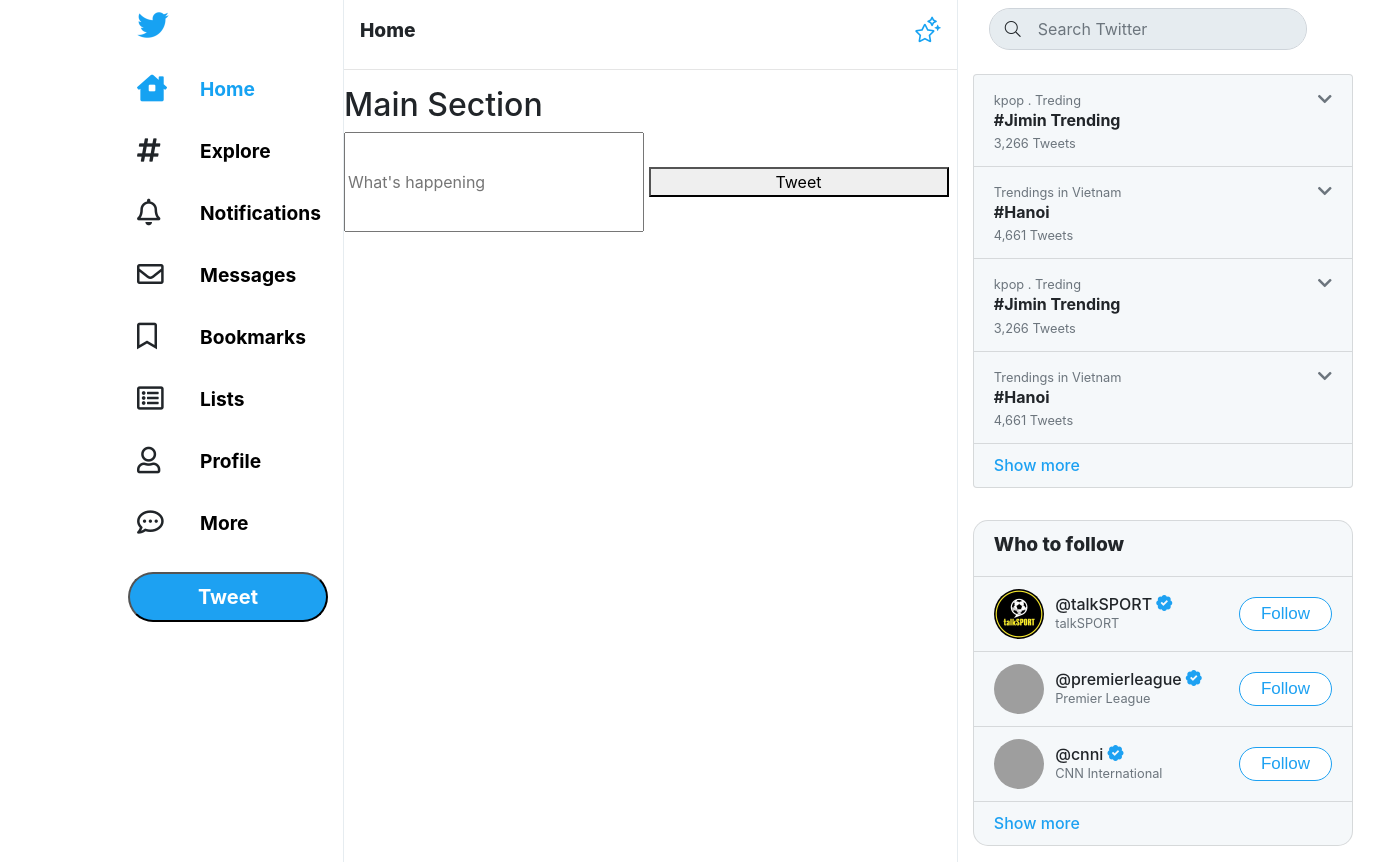
Repository: tts2610/Twitter-clone
Page: index.html
These files come from the project's save history. The page is drawn as it stood at one moment and after the next save; the edit follows.
The browser window is 1280 px wide. The page is 1353 px wide, then 1374 px, so the pictures cover 1374 px, including what lies to the right of the window. The pictures show the whole page.
Pictures or frames that could not be fetched are drawn as grey boxes.

Above is the page before, as saved 2020-05-23 15:33:44.

### index.html
<!DOCTYPE html>
<html lang="en">

<head>
    <meta charset="UTF-8">
    <!-- <meta name="viewport" content="width=device-width, initial-scale=1.0"> -->
    <title>Document</title>
    <link rel="stylesheet" href="css/style.css">
    <!-- Latest compiled and minified CSS -->
    <link rel="stylesheet" href="https://maxcdn.bootstrapcdn.com/bootstrap/4.5.0/css/bootstrap.min.css">

    <!-- jQuery library -->
    <script src="https://ajax.googleapis.com/ajax/libs/jquery/3.5.1/jquery.min.js"></script>

    <!-- Popper JS -->
    <script src="https://cdnjs.cloudflare.com/ajax/libs/popper.js/1.16.0/umd/popper.min.js"></script>

    <!-- Latest compiled JavaScript -->
    <script src="https://maxcdn.bootstrapcdn.com/bootstrap/4.5.0/js/bootstrap.min.js"></script>

    <!-- <link rel="stylesheet" crossorigin="anonymous" href="https://use.fontawesome.com/releases/v5.6.3/css/all.css" integrity="sha384-UHRtZLI+pbxtHCWp1t77Bi1L4ZtiqrqD80Kn4Z8NTSRyMA2Fd33n5dQ8lWUE00s/" /> -->
    <link rel="stylesheet" href="css/all.css">

</head>


<body>
    <div class="container">
        <div class="row">
            <div class="col-3">
                <div class="row">
                    <div class="col"><img src="/img/twt-logo1.png" alt="twitter-logo" width="50" height="50"></div>
                </div>
                <div class="row my-3">
                    <div id="outerMenuContainer" style="color: #16a2f2;">
                        <div class="col-2 mr-4 py-2 px-4" style="font-size: 20px;"><i class="fas fa-house fa-lg"></i></div>
                        <div class="col-10 py-2" style="margin-right: 0px;padding-right: 0px;font-weight: 700;font-size: larger;"> <a href="#Home" style="color: #16a2f2;">Home</a></div>
                    </div>

                </div>
                <div class="row my-3">
                    <div id="outerMenuContainer">
                        <div class="col-2 mr-4 py-2 px-4" style="font-size: 20px;"><i class="fas fa-hashtag fa-lg"></i></div>
                        <div class="col-10" style="margin-right: 0px;padding-right: 0px;font-weight: 700;font-size: larger;"><a href="#services">Explore</a></div>

                    </div>
                </div>
                <div class="row my-3">
                    <div id="outerMenuContainer">
                        <div class="col-2 mr-4 py-2 px-4" style="font-size: 20px;"><i class="far fa-bell fa-lg"></i></div>
                        <div class="col-10" style="margin-right: 0px;padding-right: 0px;font-weight: 700;font-size: larger;"><a href="#clients">Notifications</a></div>

                    </div>
                </div>
                <div class="row my-3">
                    <div id="outerMenuContainer">
                        <div class="col-2 mr-4 py-2 px-4" style="font-size: 20px;"><i class="far fa-envelope fa-lg"></i></div>
                        <div class="col-10" style="margin-right: 0px;padding-right: 0px;font-weight: 700;font-size: larger;"><a href="#contact">Messages</a></div>
                    </div>
                </div>
                <div class="row my-3">
                    <div id="outerMenuContainer">
                        <div class="col-2 mr-4 py-2 px-4" style="font-size: 20px;"><i class="far fa-bookmark fa-lg"></i></div>
                        <div class="col-10" style="margin-right: 0px;padding-right: 0px;font-weight: 700;font-size: larger;"><a href="#clients">Bookmarks</a></div>
                    </div>
                </div>
                <div class="row my-3">
                    <div id="outerMenuContainer">
                        <div class="col-2 mr-4 py-2 px-4" style="font-size: 20px;"><i class="far fa-list-alt fa-lg"></i></div>
                        <div class="col-10" style="margin-right: 0px;padding-right: 0px;font-weight: 700;font-size: larger;"><a href="#contact">Lists</a></div>
                    </div>
                </div>
                <div class="row my-3">
                    <div id="outerMenuContainer">
                        <div class="col-2 mr-4 py-2 px-4" style="font-size: 20px;"><i class="far fa-user fa-lg"></i></div>
                        <div class="col-10" style="margin-right: 0px;padding-right: 0px;font-weight: 700;font-size: larger;"><a href="#clients">Profile</a></div>
                    </div>
                </div>
                <div class="row my-3">
                    <div id="outerMenuContainer">
                        <div class="col-2 mr-4 py-2 px-4" style="font-size: 20px;"><i class="far fa-comment-dots fa-lg"></i></div>
                        <div class="col-10" style="margin-right: 0px;padding-right: 0px;font-weight: 700;font-size: larger;"><a href="#contact">More</a></div>
                    </div>
                </div>
                <div class="row my-3">
                    <div class="col"><button class="tweetbtn" href="#">Tweet</button></div>
                </div>
            </div>

            <div class="col-7" style="border-right: #e6ecf0 solid 1px; border-left: #e6ecf0 solid 1px; padding-left: 0px; padding-right: 0px;">
                <nav class="navbar sticky-top navbar-light my-2" id="leftNav">
                    <span>Home</span>
                    <span style="color: #16a2f2;"><i class="fal fa-stars fa-lg"></i></span>
                </nav>
                <hr/>
                <div>
                    <h2>Main Section</h2>
                    <input type="text" id="tweetArea" placeholder="What's happening">
                    <button id="tweetBtn" onclick="post()">Tweet</button>
                    <span id="remain"></span>
                    <div id="content" class="mt-5">
                    </div>



                </div>
            </div>

            <div class="col-1">
                <nav class="navbar sticky-top navbar-light" id="rightNav">
                    <span style="position: absolute;z-index: 100;"><i class="fal fa-search ml-3"></i></span>
                    <div><input class="form-control mr-sm-2 pl-5" type="search" placeholder="Search Twitter" aria-label="Search" id="search"></div>
                </nav>
                <div id="trendings" class="py-3">
                    <ul class="list-group mb-3">
                        <!-- <li class="list-group-item d-flex justify-content-between lh-condensed header" style="border-radius: 15px 15px 0px 0px;" id="trendingHeader">
                            <div>
                                <div class="trends-header">Trends for you</div>
                            </div>
                            <span class="text-muted"><i class="fal fa-cog" style="COLOR: rgba(29,161,242,1.00); font-size: larger;"></i></span>
                        </li> -->
                        <li class="list-group-item d-flex justify-content-between lh-condensed content" id="trending1">
                            <div>
                                <small class="text-muted">Trendings in Vietnam</small>
                                <h6 class="my-0 hashtag">#Hanoi</h6>
                                <small class="text-muted">4,661 Tweets</small>
                            </div>
                            <span class="text-muted"><i class="fas fa-chevron-down"></i></span>
                        </li>
                        <li class="list-group-item d-flex justify-content-between lh-condensed content" id="trending2">
                            <div>
                                <small class="text-muted">kpop . Treding</small>
                                <h6 class="my-0 hashtag">#Jimin Trending</h6>
                                <small class="text-muted">3,266 Tweets</small>
                            </div>
                            <span class="text-muted"><i class="fas fa-chevron-down"></i></span>
                        </li>
                        <li class="list-group-item d-flex justify-content-between lh-condensed content" id="trending3">
                            <div>
                                <small class="text-muted">Trendings in Vietnam</small>
                                <h6 class="my-0 hashtag">#Hanoi</h6>
                                <small class="text-muted">4,661 Tweets</small>
                            </div>
                            <span class="text-muted"><i class="fas fa-chevron-down"></i></span>
                        </li>
                        <li class="list-group-item d-flex justify-content-between lh-condensed content" id="trending4">
                            <div>
                                <small class="text-muted">kpop . Treding</small>
                                <h6 class="my-0 hashtag">#Jimin Trending</h6>
                                <small class="text-muted">3,266 Tweets</small>
                            </div>
                            <span class="text-muted"><i class="fas fa-chevron-down"></i></span>
                        </li>
                        <li class="list-group-item d-flex justify-content-between lh-condensed content" style="border-radius: 0px 0px 15px 15px">
                            <div>
                                <h6 class="my-0"><a href="#" style="COLOR: rgba(29,161,242,1.00); text-decoration: none;">Show more</a></h6>
                            </div>
                        </li>
                    </ul>
                </div>

                <div id="whoToFollow" class="">
                    <ul class="list-group mb-3">
                        <li class="list-group-item d-flex justify-content-between lh-condensed" style="border-radius: 15px 15px 0px 0px;">
                            <div>
                                <h5 class="whoToFollow-header">Who to follow</h5>
                            </div>
                        </li>
                        <li class="list-group-item content">
                            <div class="row">
                                <div class="col-2">
                                    <img src="img/profileImages/talkSport.jpg" id="moreToFollowImg" alt="Avatar">
                                </div>
                                <div class="col-6">
                                    <div style="display: flex;">
                                        <h6 class="my-0 hashtag">@talkSPORT</h6>
                                        <i class="ml-1 fas fa-badge-check"></i>
                                    </div>

                                    <small class="text-muted">talkSPORT</small>

                                </div>
                                <div class="col-4">
                                    <a href="#" class="followBtn">Follow</a>
                                </div>
                            </div>
                        </li>
                        <li class="list-group-item content">
                            <div class="row">
                                <div class="col-2">
                                    <img src="https://d3pc1xvrcw35tl.cloudfront.net/ln/feedImages/643x481/bwpUoL-J_400x400_ckOpi7f_4RVQqqi_ZPjpFJN_cnPYP1e_202004.jpg" id="moreToFollowImg" alt="Avatar">
                                </div>
                                <div class="col-6">
                                    <div style="display: flex;">
                                        <h6 class="my-0 hashtag">@premierleague</h6>
                                        <i class="ml-1 fas fa-badge-check"></i>
                                    </div>

                                    <small class="text-muted">Premier League</small>

                                </div>
                                <div class="col-4">
                                    <a href="#" class="followBtn">Follow</a>
                                </div>
                            </div>
                        </li>
                        <li class="list-group-item content">
                            <div class="row">
                                <div class="col-2">
                                    <img src="https://upload.wikimedia.org/wikipedia/commons/thumb/6/66/CNN_International_logo.svg/1200px-CNN_International_logo.svg.png" id="moreToFollowImg" alt="Avatar">
                                </div>
                                <div class="col-6">
                                    <div style="display: flex;">
                                        <h6 class="my-0 hashtag">@cnni</h6>
                                        <i class="ml-1 fas fa-badge-check"></i>
                                    </div>

                                    <small class="text-muted">CNN International</small>

                                </div>
                                <div class="col-4">
                                    <a href="#" class="followBtn">Follow</a>
                                </div>
                            </div>
                        </li>
                        <li class="list-group-item d-flex justify-content-between lh-condensed content" style="border-radius: 0px 0px 15px 15px">
                            <div>
                                <h6 class="my-0"><a href="#" style="COLOR: rgba(29,161,242,1.00); text-decoration: none;">Show more</a></h6>
                            </div>
                        </li>
                    </ul>
                </div>
            </div>
        </div>

        <!-- <nav class="navbar sticky-top navbar-expand-lg navbar-light bg-light">
                <a class="navbar-brand" href="#">Navbar</a>
                <button class="navbar-toggler" type="button" data-toggle="collapse" data-target="#navbarSupportedContent" aria-controls="navbarSupportedContent" aria-expanded="false" aria-label="Toggle navigation">
                  <span class="navbar-toggler-icon"></span>
                </button>

                <div class="collapse navbar-collapse" id="navbarSupportedContent">
                    <ul class="navbar-nav mr-auto">
                    </ul>
                    <form class="form-inline my-2 my-lg-0">
                        <input class="form-control mr-sm-2" type="search" placeholder="Search" aria-label="Search">
                        <button class="btn btn-outline-success my-2 my-sm-0" type="submit">Search</button>
                    </form>
                </div>
            </nav> -->
        <!-- <div class="column2">

        </div>

        <div class="column3">

        </div> -->


        <!-- END COL-3 -->
    </div>

    <script src="js/script.js"></script>
    <script src="js/moment.js"></script>
</body>

</html>

### css/style.css
* {
    box-sizing: border-box;
}

body {
    font-family: “Helvetica Neue”, Helvetica, Arial, sans-serif;
}

body .container {
    max-width: 80%;
    padding-left: 0px;
    padding-right: 0px;
}


/* .container {
    width: 60%;
} */

.container .row .col-3 {
    max-width: 230px;
}

#leftNav {
    display: flex;
    justify-content: space-between;
    font-size: larger;
    font-weight: 800;
    background-color: white;
}

#rightNav {
    width: 100%;
    background-color: white;
}

#rightNav .input-group-prepend {
    background-color: white !important;
    color: white !important;
}

#search {
    border-radius: 30px;
    height: 10px;
    padding: 20px;
    position: relative;
    width: 318px;
    background-color: #e6ecf0;
}

.sidenav {
    height: 100%;
    position: fixed;
    z-index: 1;
    top: 0;
    left: 0;
    background-color: rgb(255, 255, 255);
    overflow-x: hidden;
    padding-top: 20px;
    border-right: 1px solid lightgrey;
}

.sidenav a {
    text-decoration: none;
    font-size: 25px;
    color: #000000;
    display: block;
    font-family: system-ui, -apple-system, BlinkMacSystemFont, "Segoe UI", Roboto, Ubuntu, "Helvetica Neue", sans-serif;
    ;
    margin: 5px;
    margin-bottom: 10px;
}

.sidenav a:hover {
    color: #16afdd;
}

.main {
    margin-left: 160px;
    /* Same as the width of the sidenav /
    font-size: 28px; / Increased text to enable scrolling */
    padding: 0px 10px;
}

@media screen and (max-height: 450px) {
    .sidenav {
        padding-top: 15px;
    }
    .sidenav a {
        font-size: 18px;
    }
}

.tweetbtn {
    height: 50px;
    width: 200px;
    border-radius: 40px;
    background-color: rgb(29, 161, 242);
    color: white;
    font-weight: bolder;
    font-size: 20px;
    cursor: pointer;
    margin-left: 0px;
    margin-top: 10px;
}

.tweetbtn:hover {
    background-color: rgba(26, 145, 218);
}

.home {
    display: flex;
}

.explore {
    display: flex;
}

.notifications {
    display: flex;
}

.messages {
    display: flex;
}

.bookmarks {
    display: flex;
}

.lists {
    display: flex;
}

.profile {
    display: flex;
}

.more {
    display: flex;
}


/* Clear floats after the columns */

.row:after {
    content: "";
    display: table;
    clear: both;
}

tr {
    text-align: center;
}

#tweetArea {
    width: 300px;
    height: 100px
}

#tweetBtn {
    margin-top: 10px;
    width: 300px;
}

#trendings {
    min-width: 380px;
}

#trendings .list-group-item {
    background-color: #f5f8fa;
}

#trendings .content {
    cursor: pointer;
}

#trendings .trends-header {
    font-weight: 800;
    font-size: larger;
}

#trendings .content:hover {
    filter: brightness(97%)
}

#trendings ul li .hashtag {
    font-weight: 700;
}

#moreToFollowImg {
    border-radius: 50%;
    width: 50px;
    height: 50px;
}

.fa-badge-check {
    color: rgba(29, 161, 242, 1.00);
}

.followBtn {
    -webkit-border-radius: 20px;
    -moz-border-radius: 20px;
    border-radius: 25px;
    color: #1DA1F2;
    font-family: Arial;
    font-size: 17px;
    font-weight: 200;
    padding: 3px;
    background-color: #FFFFFF;
    border: solid #1DA1F2 1px;
    text-decoration: none;
    /* display: inline-block; */
    cursor: pointer;
    text-align: center;
}

.followBtn:hover {
    color: #1DA1F2;
    background: #CFE7F6;
    border-radius: 25px;
    text-decoration: none;
    opacity: 0.7;
}

#whoToFollow {
    min-width: 380px;
}

#whoToFollow .list-group-item {
    background-color: #f5f8fa;
}

#whoToFollow .content {
    cursor: pointer;
}

#whoToFollow .content:hover {
    filter: brightness(97%)
}

#whoToFollow .row .col-6 {
    display: flex;
    flex-direction: column;
    justify-content: center;
}

#whoToFollow .row .col-6 .hashtag {
    text-overflow: ellipsis;
    white-space: nowrap;
    overflow: hidden;
}

#whoToFollow .row .col-4 {
    display: flex;
    flex-direction: column;
    justify-content: center;
}

#whoToFollow .whoToFollow-header {
    font-weight: 800;
    font-size: larger;
}

h6 {
    font-weight: 700;
}

#content .functionBar {
    display: flex;
    justify-content: space-between;
}

#content .row {
    padding: 30px;
    border: 1px solid lightgrey;
}

#content .row div {
    margin-top: 4px;
}

#outerMenuContainer {
    display: flex;
    flex-direction: row;
    align-items: center;
    width: max-content;
}

#outerMenuContainer:hover {
    color: #1DA1F2 !important;
    background: #CFE7F6;
    border-radius: 25px;
    text-decoration: none;
    opacity: 0.7;
    /* padding: 5px 0px 5px 3px;
    width: max-content; */
}

#outerMenuContainer:hover a {
    color: #1DA1F2 !important;
}

#outerMenuContainer a {
    text-decoration: none;
    color: black;
}

Loaded but not shown: css/all.css (library); js/moment.js (library); js/script.js (178 lines, source omitted)

After the next save:
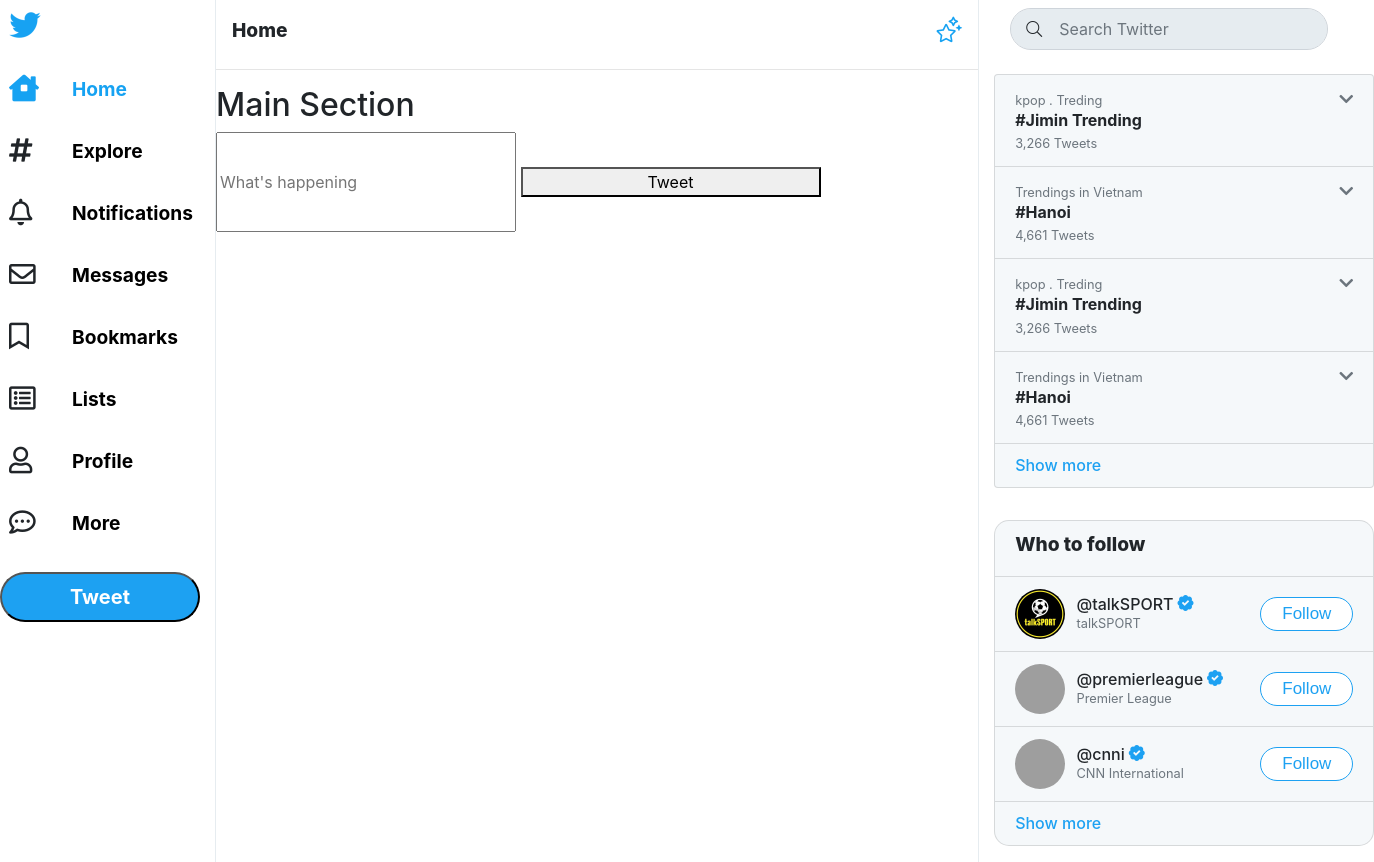
Saved 46 s later.
--- a/index.html
+++ b/index.html
@@ -25,7 +25,7 @@
 
 
 <body>
-    <div class="container">
+    <div class="container" style="max-width: 100%;">
         <div class="row">
             <div class="col-3">
                 <div class="row">
